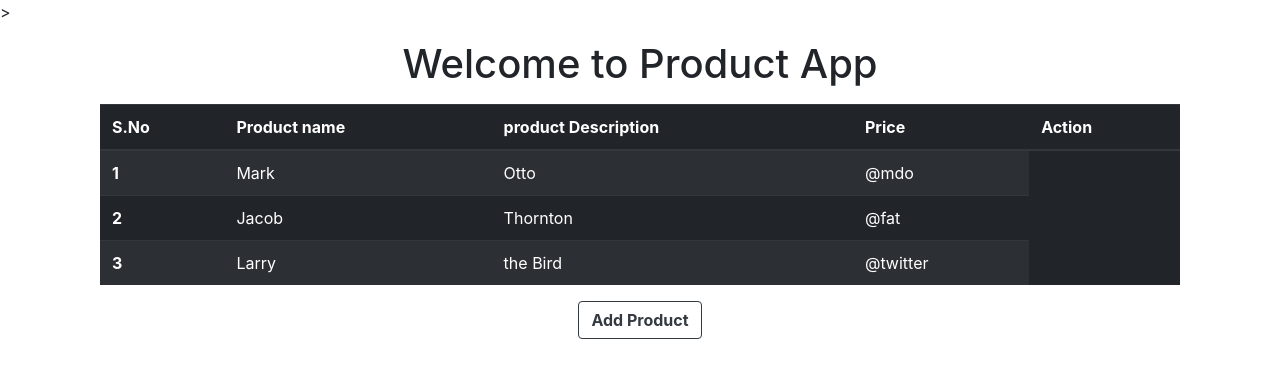
Repository: bhargav-13/Spring
Page: http://localhost/CRUD/WEB-INF/views/index.jsp
An editor plug-in stored every save of this project. The page is shown before and after the next save, followed by the edit.
The browser window is 1280 px wide. The pictures show the whole page.
Some web libraries are served in a nearby version. The page is served by Tomcat 9. Nobody is signed in. The template is opened directly, without the code that normally fills it, so the values that code supplies are empty.

Above is the page before, as saved 2023-06-08 12:12:19.

After the next save:
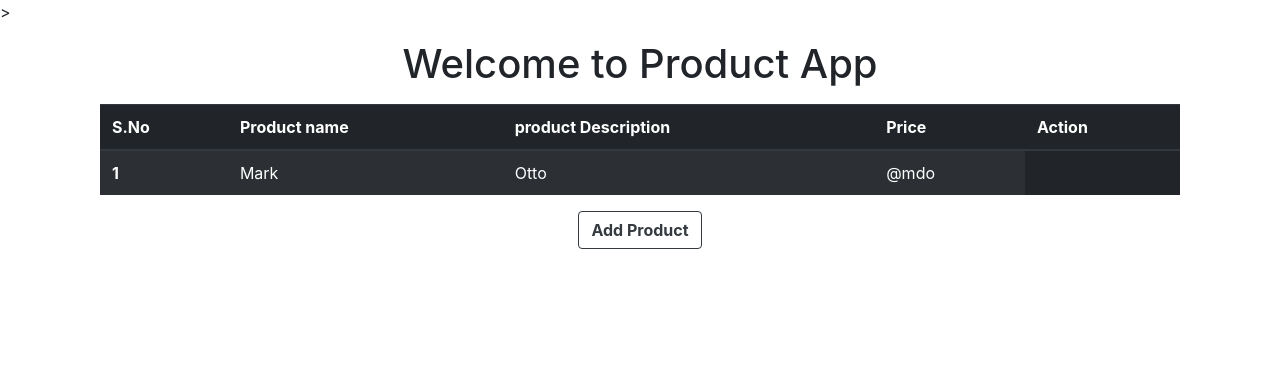
Saved 24 s later.
--- a/CRUD/src/main/webapp/WEB-INF/views/index.jsp
+++ b/CRUD/src/main/webapp/WEB-INF/views/index.jsp
@@ -27,18 +27,6 @@
 							<td>Otto</td>
 							<td>@mdo</td>
 						</tr>
-						<tr>
-							<th scope="row">2</th>
-							<td>Jacob</td>
-							<td>Thornton</td>
-							<td>@fat</td>
-						</tr>
-						<tr>
-							<th scope="row">3</th>
-							<td>Larry</td>
-							<td>the Bird</td>
-							<td>@twitter</td>
-						</tr>
 					</tbody>
 				</table>
 
